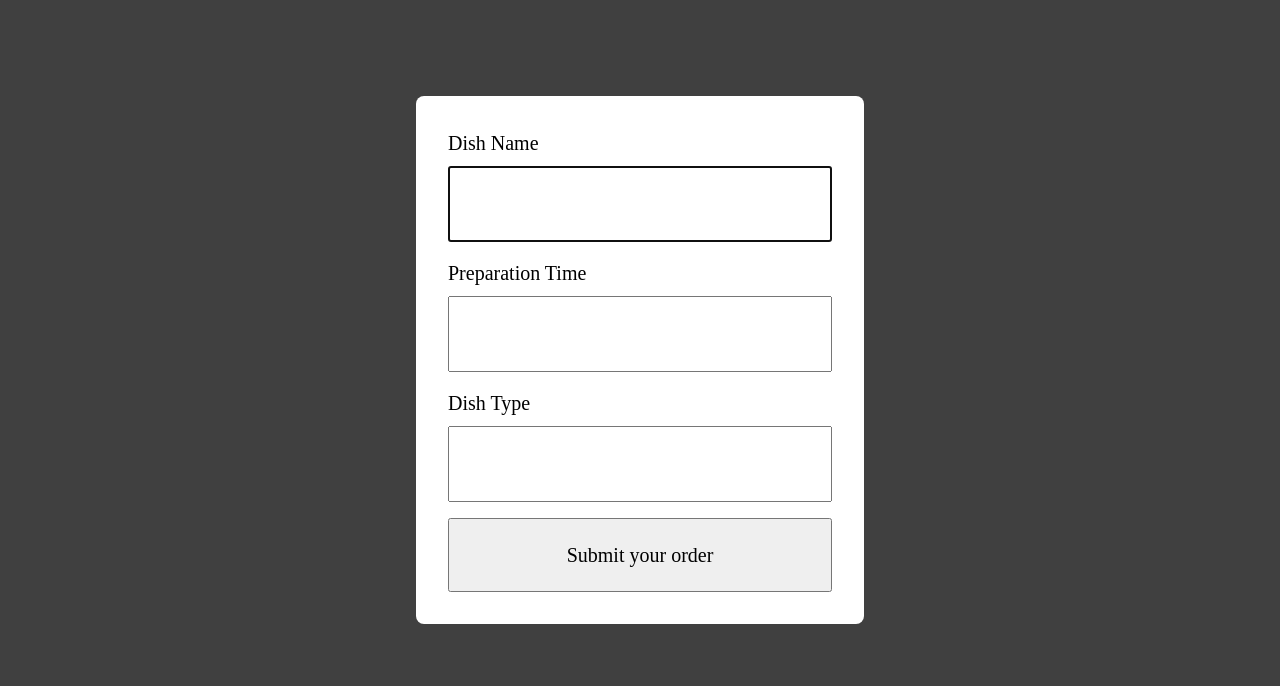
Repository: hjubsoni/hex-ocean-task
Page: /, after clicking the first element matching `button.order-button`
These files come from the project's save history. The page is drawn as it stood at one moment and after the next save; the edit follows.
The browser window is 1280 px wide. The pictures show the whole page.
The project was rebuilt for these pictures with package versions that can differ from the ones it lists, and the page was loaded fresh each time. Also part of the build but not shown: vite.config.ts.

Above is the page before, as saved 2023-03-21 22:35:58.

### index.html
<!DOCTYPE html>
<html lang="en">
  <head>
    <meta charset="UTF-8" />
    <link rel="icon" type="image/svg+xml" href="/vite.svg" />
    <meta
      name="viewport"
      content="width=device-width, initial-scale=1.0"
    />
    <title>Vite + React + TS</title>
  </head>
  <body>
    <div id="root"></div>
    <script type="module" src="/src/main.tsx"></script>
  </body>
</html>

### src/App.tsx
import React from 'react';
import './App.css';
import { ShoppingBag } from 'react-feather';
import ModalForm from './components/ModalForm';

function App() {
  const [isModalOpen, setIsModalOpen] = React.useState(false);

  const toggleIsOpenModal = () => {
    setIsModalOpen(!isModalOpen);
  };

  return (
    <>
      <div className="wrapper">
        <button className="order-button" onClick={toggleIsOpenModal}>
          <div className="icon-wrapper">
            <ShoppingBag color="white" />
          </div>
          <span className="order-button-text">Order</span>
        </button>
      </div>
      {isModalOpen && <ModalForm handleDismiss={toggleIsOpenModal} />}
    </>
  );
}

export default App;

### src/index.css
*,
*::before,
*::after {
  box-sizing: border-box;
}

* {
  margin: 0;
}

html,
body,
#root {
  height: 100%;
}

body {
  line-height: 1.5;
  -webkit-font-smoothing: antialiased;
}

img,
picture,
video,
canvas,
svg {
  display: block;
  max-width: 100%;
}

input,
button,
textarea,
select {
  font: inherit;
}

p,
h1,
h2,
h3,
h4,
h5,
h6 {
  overflow-wrap: break-word;
}

#root,
#__next {
  isolation: isolate;
}

### src/App.css
.wrapper {
  height: 100%;
  display: flex;
  justify-content: center;
  align-items: center;
}

.order-button {
  display: flex;
  width: 180px;
  height: 2.625rem;
  align-items: center;
  padding: 4px 8px;
  gap: 8px;
  border-radius: 8px;
  background: #184fee;
  cursor: pointer;
  border: none;
}

.order-button-text {
  font-size: 1.5rem;
  color: white;
  margin-left: auto;
  margin-right: auto;
}

.icon-wrapper {
  animation-duration: 2s;
}

.order-button:hover > .icon-wrapper {
  animation-name: bounce;
  animation-timing-function: cubic-bezier(0.28, 0.84, 0.42, 1);
}
@keyframes bounce {
  0% {
    transform: scale(1, 1) translateY(0);
  }
  10% {
    transform: scale(1.1, 0.9) translateY(0);
  }
  30% {
    transform: scale(0.9, 1.1) translateY(-5px);
  }
  50% {
    transform: scale(1.05, 0.95) translateY(0);
  }
  57% {
    transform: scale(1, 1) translateY(-2px);
  }
  64% {
    transform: scale(1, 1) translateY(0);
  }
  100% {
    transform: scale(1, 1) translateY(0);
  }
}

### src/components/ModalForm/index.tsx
export { default } from './ModalForm';

### src/components/ModalForm/ModalForm.tsx
import React from 'react';
import FocusLock from 'react-focus-lock';
import { X } from 'react-feather';
import './styles.css';

function ModalForm({ handleDismiss }: { handleDismiss: () => void }) {
  return (
    <FocusLock>
      <div className="wrapper">
        <div className="backdrop" />
        <form className="modal-form">
          <div>
            <label className="form-label">Dish Name</label>
            <input className="form-input" />
          </div>
          <div>
            <label className="form-label">Preparation Time</label>
            <input className="form-input" />
          </div>
          <div>
            <label className="form-label">Dish Type</label>
            <input className="form-input" />
          </div>
          <button type="submit" className="submit-button">
            Submit your order
          </button>
        </form>
      </div>
    </FocusLock>
  );
}

export default ModalForm;

### src/components/ModalForm/styles.css
.wrapper {
  position: fixed;
  inset: 0;
  display: grid;
  place-content: center;
  padding: 16px;
}

.backdrop {
  position: absolute;
  inset: 0;
  background: hsl(0deg 0% 0% / 0.75);
}

.modal-form {
  position: relative;
  background: white;
  border-radius: 8px;
  padding: 32px;
  display: flex;
  flex-direction: column;
  gap: 16px;
  width: 100%;
  min-width: 28rem;
}

.form-label {
  display: inline-block;
  font-weight: 500;
  font-size: 1.25rem;
}

.form-input {
  display: block;
  padding: 1.125rem;
  margin-top: 0.5rem;
  width: 100%;
  font-size: 1.5rem;
}

.submit-button {
  padding: 1.25rem;
  font-size: 1.25rem;
  cursor: pointer;
}

Loaded but not shown: src/main.tsx (common file)

After the next save:
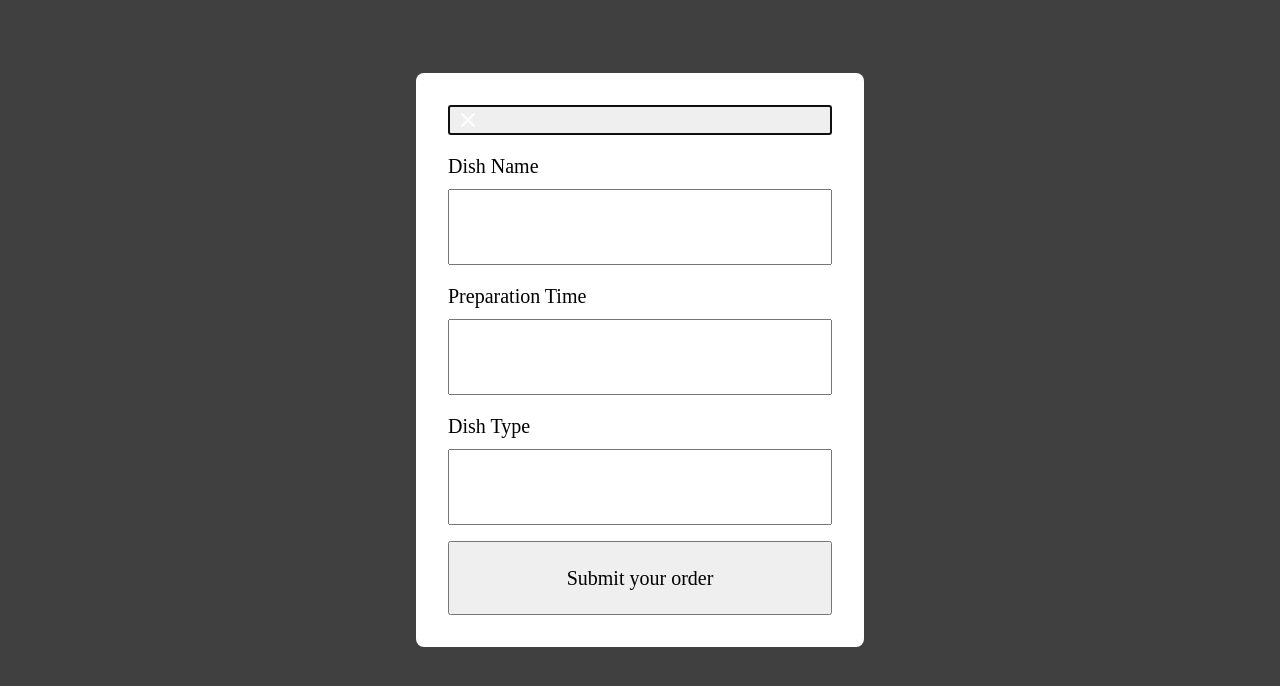
Saved 43 min 43 s later.
--- a/src/components/ModalForm/ModalForm.tsx
+++ b/src/components/ModalForm/ModalForm.tsx
@@ -9,6 +9,9 @@
       <div className="wrapper">
         <div className="backdrop" />
         <form className="modal-form">
+          <button className="close-button">
+            <X color="white" />
+          </button>
           <div>
             <label className="form-label">Dish Name</label>
             <input className="form-input" />

After the 2 saves that followed:
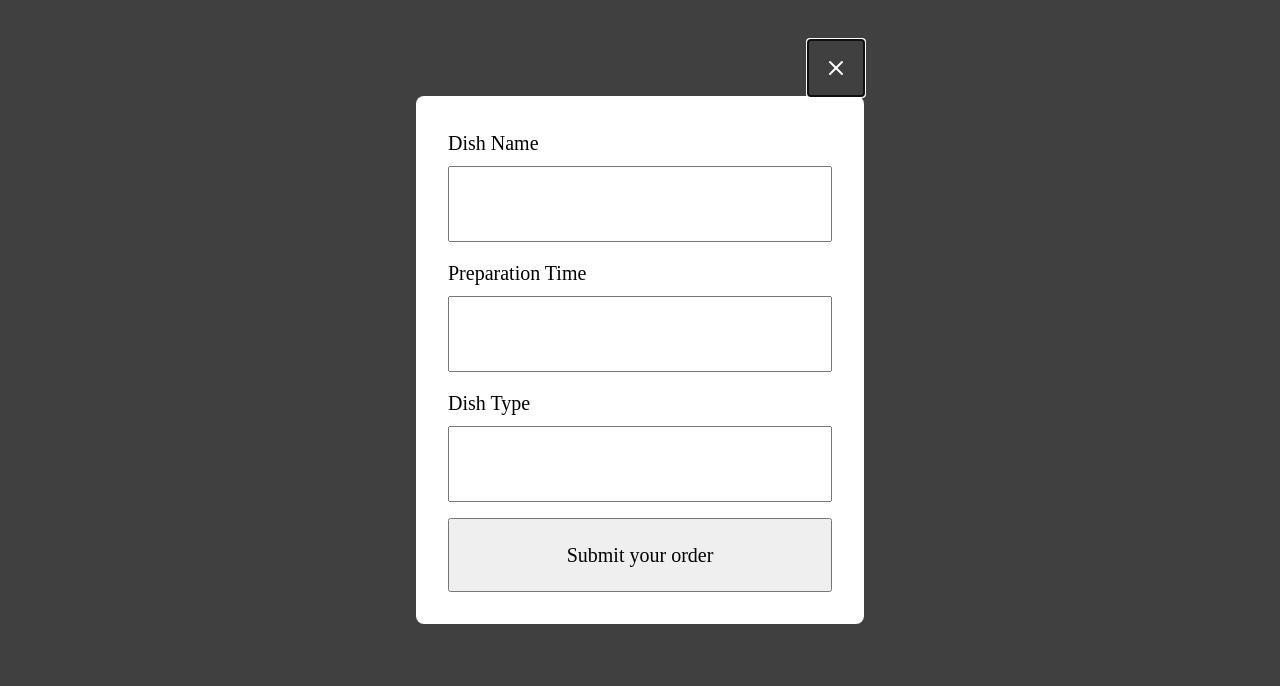
The 2 saves are shown as one change because 1 left the picture as it was.
The last was saved 37 s later.
--- a/src/components/ModalForm/ModalForm.tsx
+++ b/src/components/ModalForm/ModalForm.tsx
@@ -9,7 +9,7 @@
       <div className="wrapper">
         <div className="backdrop" />
         <form className="modal-form">
-          <button className="close-button">
+          <button className="close-button" onClick={handleDismiss}>
             <X color="white" />
           </button>
           <div>
--- a/src/components/ModalForm/styles.css
+++ b/src/components/ModalForm/styles.css
@@ -24,6 +24,18 @@
   min-width: 28rem;
 }
 
+.close-button {
+  position: absolute;
+  top: 0;
+  right: 0;
+  padding: 16px;
+  color: white;
+  transform: translateY(-100%);
+  cursor: pointer;
+  background: transparent;
+  border: none;
+}
+
 .form-label {
   display: inline-block;
   font-weight: 500;
